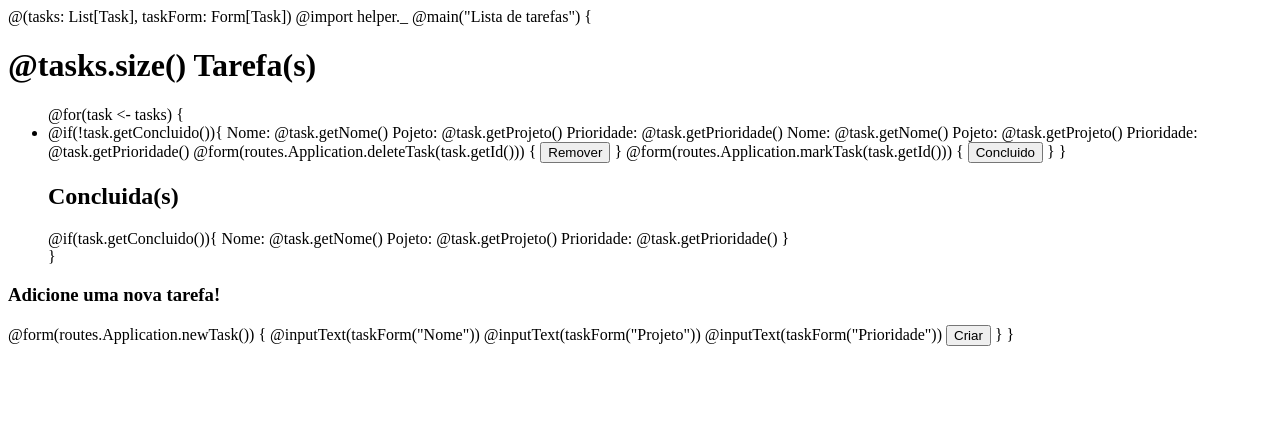
Repository: lcavalcante/si1
Page: lab2/.target/views/index.scala.html
These files come from the project's save history. The page is drawn as it stood at one moment and after the next save; the edit follows.
The browser window is 1280 px wide. The pictures show the whole page.

Above is the page before, as saved 2013-11-27 00:38:12.

After the next save:
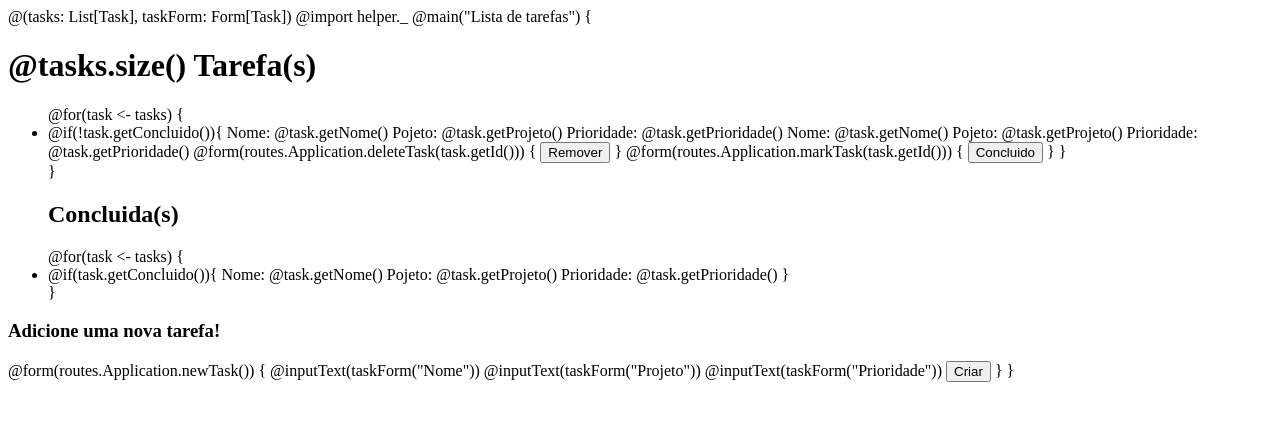
Saved 33 s later.
--- a/lab2/.target/views/index.scala.html
+++ b/lab2/.target/views/index.scala.html
@@ -25,17 +25,21 @@
                 }
                 }
 
-                <h2>Concluida(s)</h2>
+            </li>
+        }
+    </ul>
 
-                @if(task.getConcluido()){
+    <ul>
+    	 <h2>Concluida(s)</h2>
+        @for(task <- tasks) {
+            <li>
+            	@if(task.getConcluido()){
                 Nome: @task.getNome() Pojeto: @task.getProjeto() Prioridade: @task.getPrioridade()
                 }
 
             </li>
         }
     </ul>
-
-
 
     <h3>Adicione uma nova tarefa!</h3>
 
